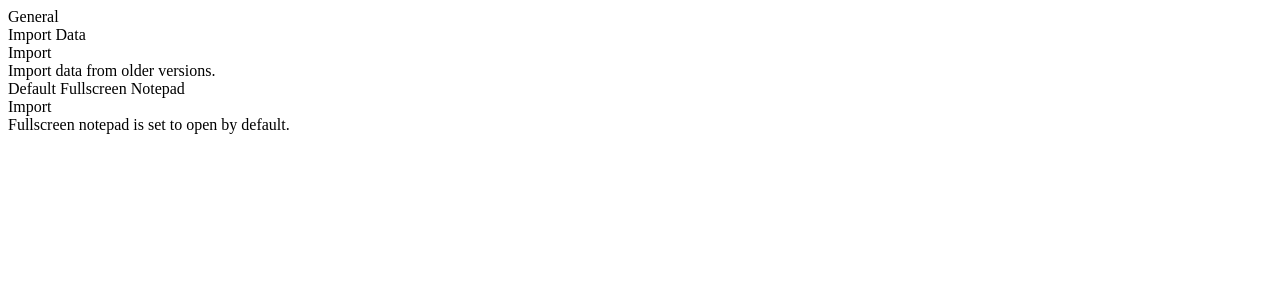
Repository: arjay07/AlineNotebook
Page: app/views/settings.html
The author's editor kept a record of every edit. The page is drawn from the files as they stood at one moment, then again after the next edit.
The browser window is 1280 px wide. The pictures show the whole page.

Above is the page before.

### app/views/settings.html
<div class="settinggroup">
    <div class="settingheader">
        General
    </div>
    <div class="settingitem">
        <div class="settinglabel">Import Data</div>
        <div class="settingfunction">
            <div id="importdata" class="btn">Import</div>
        </div>
        <div class="settingdesc">Import data from older versions.</div>
    </div>
    <div class="settingitem">
        <div class="settinglabel">Default Fullscreen Notepad</div>
        <div class="settingfunction">
            <div id="importdata" class="btn">Import</div>
        </div>
        <div class="settingdesc">Fullscreen notepad is set to open by default.</div>
    </div>
</div>

After the next edit:
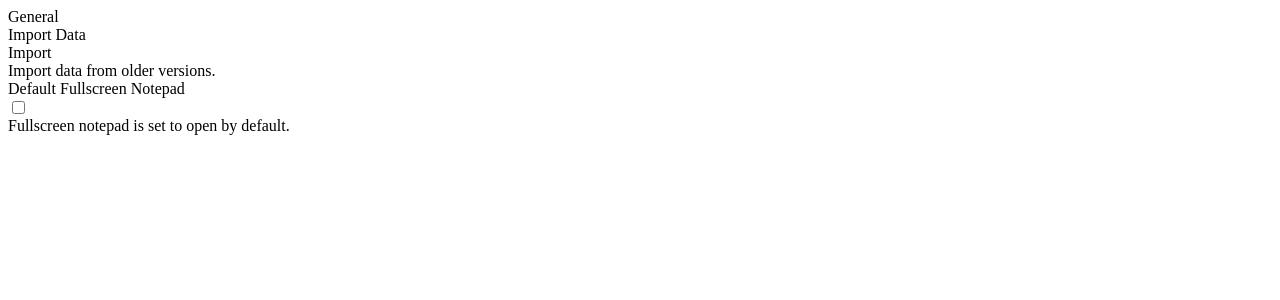
The edit:
--- a/app/views/settings.html
+++ b/app/views/settings.html
@@ -12,7 +12,7 @@
     <div class="settingitem">
         <div class="settinglabel">Default Fullscreen Notepad</div>
         <div class="settingfunction">
-            <div id="importdata" class="btn">Import</div>
+            <input data-setting type="checkbox" id="fsnotepad"/>
         </div>
         <div class="settingdesc">Fullscreen notepad is set to open by default.</div>
     </div>
